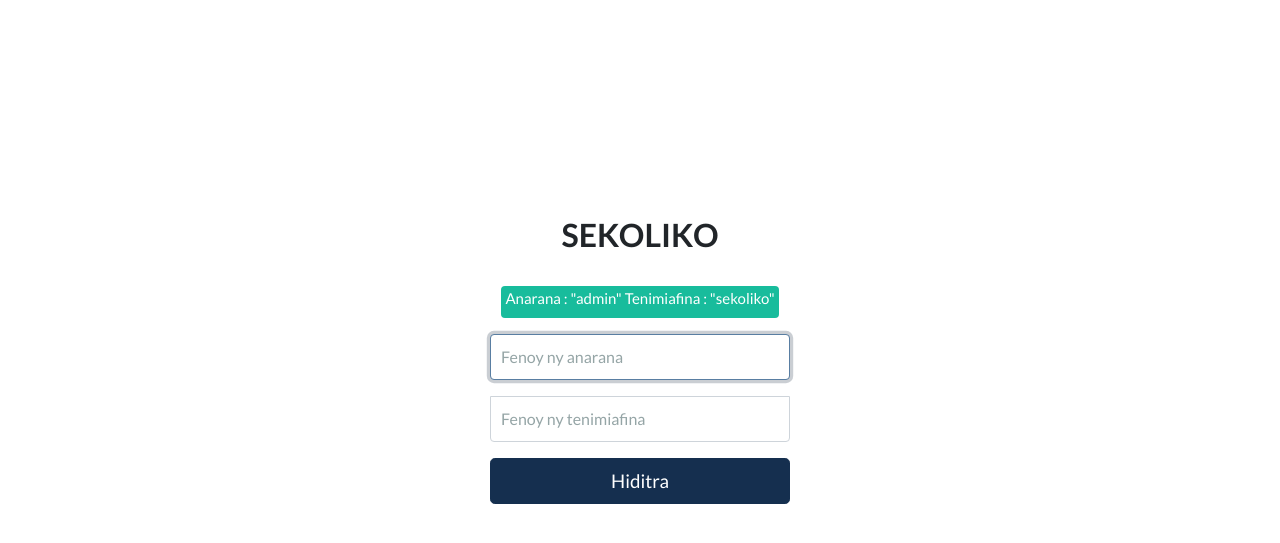
Repository: niainamahefa/j2ee-sekoliko
Page: http://localhost/Ecole/login
An editor plug-in stored every save of this project. The page is shown before and after the next save, followed by the edit.
The browser window is 1280 px wide. The pictures show the whole page.
The page is served by Tomcat 9. Other server files are loaded and not shown.

Above is the page before, as saved 2021-02-07 21:09:15.

### Ecole/WebContent/WEB-INF/login.jsp
<%@ page language="java" contentType="text/html; charset=ISO-8859-1"
    pageEncoding="ISO-8859-1"%>
<!doctype html>
<html lang="en">
  <head>
    <meta charset="utf-8">
    <meta name="viewport" content="width=device-width, initial-scale=1, shrink-to-fit=no">
    <meta name="description" content="">
    <meta name="author" content="Mark Otto, Jacob Thornton, and Bootstrap contributors">
    <meta name="generator" content="Jekyll v4.1.1">
    <title>Sekoly</title>

    <!-- Bootstrap core CSS -->
	<link href="./assets/css/bootstrap.min.css" rel="stylesheet">
	<link href="./assets/css/signin.css" rel="stylesheet">

    <style>
      .bd-placeholder-img {
        font-size: 1.125rem;
        text-anchor: middle;
        -webkit-user-select: none;
        -moz-user-select: none;
        -ms-user-select: none;
        user-select: none;
      }

      @media (min-width: 768px) {
        .bd-placeholder-img-lg {
          font-size: 3.5rem;
        }
      }
    </style>
    <!-- Custom styles for this template -->
    <link href="signin.css" rel="stylesheet">
  </head>
  <body class="text-center">
	    <form class="form-signin" method="post">
		  <h1 class="h3 mb-3 font-weight-bold">SEKOLIKO</h1>
		  <div class="badge badge-success mt-3 mb-3"><h4 class="h6  text-center">Anarana : "admin" Tenimiafina : "sekoliko"</h1></div>
		  <label for="inputEmail" class="sr-only">Anarana</label>
		  <input type="text" id="inputEmail" class="form-control" placeholder="Fenoy ny anarana"  name="anarana" required autofocus>
		  <label for="inputPassword" class="sr-only">Tenimiafina</label>
		  <input type="password" id="inputPassword" class="form-control mt-3" placeholder="Fenoy ny tenimiafina" name="tenimiafina" required>
		  <div class="checkbox mb-3">
		  </div>
		  <button class="btn btn-lg btn-primary btn-block" type="submit">Hiditra</button>
		</form>
	</body>
</html>

### Ecole/src/com/ecole/servlet/LoginServlet.java
package com.ecole.servlet;

import java.io.IOException;

import javax.servlet.ServletException;
import javax.servlet.http.HttpServlet;
import javax.servlet.http.HttpServletRequest;
import javax.servlet.http.HttpServletResponse;

import com.ecole.model.User;

public class LoginServlet extends HttpServlet{


	@Override
	protected void doGet(HttpServletRequest req, HttpServletResponse resp) throws ServletException, IOException {
		req.getRequestDispatcher("/WEB-INF/login.jsp").forward(req, resp);
	}

	@Override
	protected void doPost(HttpServletRequest req, HttpServletResponse resp) throws ServletException, IOException {
		System.out.println("Login Servlet - doPost méthode");

		String anarana = req.getParameter("anarana");
		String tenimiafina = req.getParameter("tenimiafina");

		System.out.println("Anarana : " + anarana + " Tenimifina : " + tenimiafina );

		if (anarana.equals("admin") && (tenimiafina.equals("sekoliko"))) {
			System.out.println("Tongasoa eto @ logiciel Sekoliko");

			req.getSession().setAttribute("user", new User (anarana,tenimiafina));
			resp.sendRedirect("eleve");
		}
		else {
			System.out.println("Hamarino azafady");
			resp.sendRedirect("login");
		}
	}




}

### Ecole/WebContent/assets/css/signin.css
html,
body {
  height: 100%;
}

body {
  display: -ms-flexbox;
  display: flex;
  -ms-flex-align: center;
  align-items: center;
  padding-top: 40px;
  padding-bottom: 40px;
}

.form-signin {
  width: 100%;
  max-width: 330px;
  padding: 15px;
  margin: auto;
}
.form-signin .checkbox {
  font-weight: 400;
}
.form-signin .form-control {
  position: relative;
  box-sizing: border-box;
  height: auto;
  padding: 10px;
  font-size: 16px;
}
.form-signin .form-control:focus {
  z-index: 2;
}
.form-signin input[type="email"] {
  margin-bottom: -1px;
  border-bottom-right-radius: 0;
  border-bottom-left-radius: 0;
}
.form-signin input[type="password"] {
  margin-bottom: 10px;
  border-top-left-radius: 0;
  border-top-right-radius: 0;
}

Loaded but not shown: Ecole/WebContent/assets/css/bootstrap.min.css (library)

After the next save:
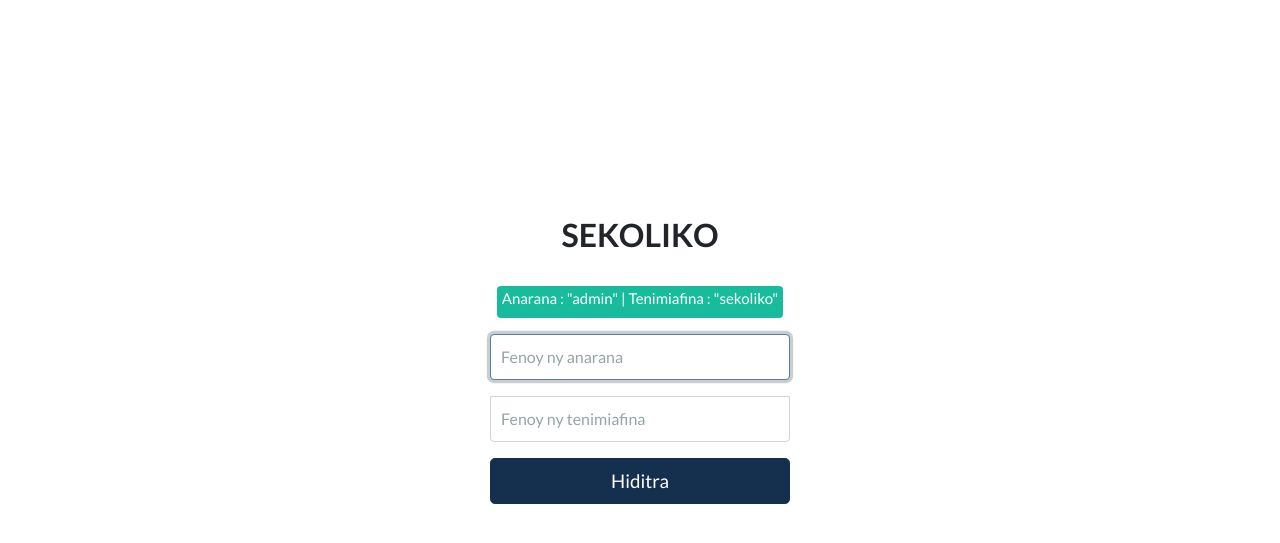
Saved 16 s later.
--- a/Ecole/WebContent/WEB-INF/login.jsp
+++ b/Ecole/WebContent/WEB-INF/login.jsp
@@ -36,7 +36,7 @@
   <body class="text-center">
 	    <form class="form-signin" method="post">
 		  <h1 class="h3 mb-3 font-weight-bold">SEKOLIKO</h1>
-		  <div class="badge badge-success mt-3 mb-3"><h4 class="h6  text-center">Anarana : "admin" Tenimiafina : "sekoliko"</h1></div>
+		  <div class="badge badge-success mt-3 mb-3"><h4 class="h6  text-center">Anarana : "admin" | Tenimiafina : "sekoliko"</h1></div>
 		  <label for="inputEmail" class="sr-only">Anarana</label>
 		  <input type="text" id="inputEmail" class="form-control" placeholder="Fenoy ny anarana"  name="anarana" required autofocus>
 		  <label for="inputPassword" class="sr-only">Tenimiafina</label>
